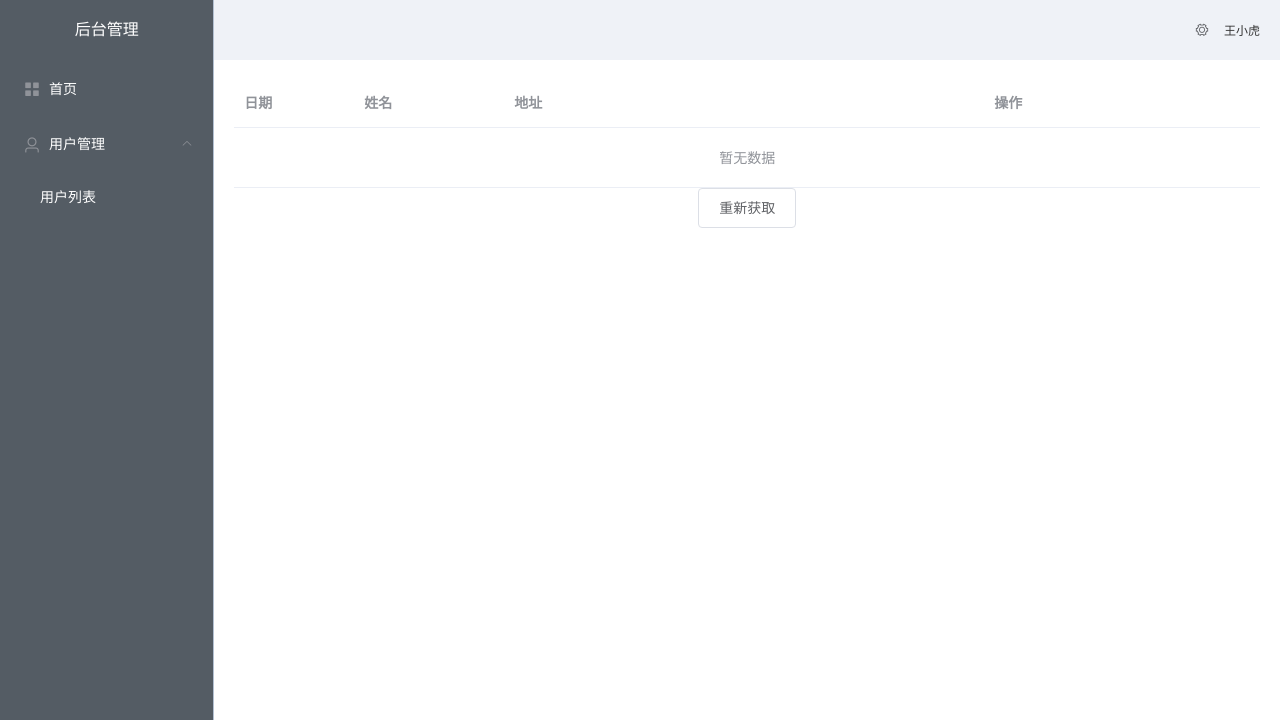
Repository: cmw520520/admin_vue
Page: /#/user/userlist
These files come from the project's save history. The page is drawn as it stood at one moment and after the next save; the edit follows.
The browser window is 1280 px wide. The pictures show the whole page.
The page's requests for data from a server got no answer. The project was rebuilt for these pictures with package versions that can differ from the ones it lists, and the page was loaded fresh each time. No one was signed in, and anything a server would have sent is missing. Also part of the build but not shown: src/page/home/Home.vue, example/Echart.vue.

Above is the page before, as saved 2019-07-03 09:41:36.

### index.html
<!DOCTYPE html>
<html>
  <head>
    <meta charset="utf-8">
    <meta name="viewport" content="width=device-width,initial-scale=1.0">
    <title>cmw</title>
  </head>
  <body>
    <div id="app"></div>
    <!-- built files will be auto injected -->
  </body>
</html>

### src/main.js
// The Vue build version to load with the `import` command
// (runtime-only or standalone) has been set in webpack.base.conf with an alias.
import Vue from 'vue'
import App from './App'
import router from './router'
import ElementUI from 'element-ui'
import 'element-ui/lib/theme-chalk/index.css'
import store from './store/index'
import axios from 'axios'

Vue.config.productionTip = false

axios.defaults.baseURL = '/api/'

Vue.use(ElementUI)

/* eslint-disable no-new */
new Vue({
  el: '#app',
  router,
  store,
  components: { App },
  template: '<App/>'
})

### src/App.vue
<template>
  <div id="app">
    <!-- <img src="./assets/logo.png"> -->
    <router-view/>
  </div>
</template>

<script>
export default {
  name: 'App'
}
</script>

<style>
#app {
  font-family: 'Avenir', Helvetica, Arial, sans-serif;
  -webkit-font-smoothing: antialiased;
  -moz-osx-font-smoothing: grayscale;
  text-align: center;
  color: #2c3e50;
  width: 100%;
  height: 100%;
  /* margin-top: 60px; */
}

body, html {
  margin: 0;
  padding: 0;
  height: 100%;
  width: 100%;
}
</style>

### src/router/index.js
import Vue from 'vue'
import Router from 'vue-router'
// import HelloWorld from '@/components/HelloWorld'
import Manage from '@/page/Manage'
import Home from '@/page/home/Home'
import UserList from '@/page/user/UserList'
import Echart from '../../example/Echart'

Vue.use(Router)

export default new Router({
  routes: [
    {
      path: '/',
      name: '',
      component: Manage,
      children: [
        {
          path: '',
          component: Home,
          meta: []
        },
        {
          path: '/user/userlist',
          component: UserList,
          meta: []
        },
        {
          path: '/example/echart',
          component: Echart,
          meta: ['图表']
        }
      ]
    }
  ]
})

### src/store/index.js
import Vue from 'vue'
import Vuex from 'vuex'
import user from './user/index'

Vue.use(Vuex)

const store = new Vuex.Store({
  modules: {
    user
  }
})

export default store

### src/page/Manage.vue
<template>
  <el-container style="height: 100%;">
    <el-col :span="4" style="background-color: rgb(84, 92, 100);overflow:hidden;">
      <el-col>
        <div class="logo">后台管理</div>
      </el-col>
      <el-col>
        <el-slider></el-slider>
      </el-col>
    </el-col>

    <el-col :span="20" style="border-left: 1px solid #b3c0d1;overflow: auto;overflow-scrolling: touch;">
      <el-header style="text-align: right; font-size: 12px">
        <el-dropdown>
          <i class="el-icon-setting" style="margin-right: 15px"></i>
          <el-dropdown-menu slot="dropdown">
            <el-dropdown-item>查看</el-dropdown-item>
            <el-dropdown-item>新增</el-dropdown-item>
            <el-dropdown-item>删除</el-dropdown-item>
          </el-dropdown-menu>
        </el-dropdown>
        <span>王小虎</span>
      </el-header>

      <el-main>
        <transition name="fade" mode="out-in">
            <router-view></router-view>
        </transition>
      </el-main>
    </el-col>
  </el-container>
</template>

<script>
import slider from '@/components/Slider'

export default {
  name: 'manage',
  components: {
    'el-slider': slider
  }
}
</script>

<style scope>
.el-header {
  background-color: #EFF2F7;
  color: #333;
  line-height: 60px;
}

.el-aside {
  color: #333;
}

.fade-enter-active, .fade-leave-active {
    transition: opacity 0.5s, transform 0.5s;
}

.fade-enter, .fade-leave-to {
    opacity: 0;
}

/* 导航logo S */
.logo {
    height: 60px;
    line-height: 60px;
    color: #fff;
}
/* 导航logo E */
</style>

### src/page/user/UserList.vue
<template>
    <el-row>
      <el-col>
        <el-table v-if="userList" :data="userList" style="width:100%;">
            <el-table-column prop="date" label="日期" width="120"></el-table-column>
            <el-table-column prop="name" label="姓名" width="150"></el-table-column>
            <el-table-column prop="address" label="地址" width=480></el-table-column>
            <el-table-column label="操作">
            <template slot-scope="scope">
              <el-button
                size="mini"
                @click="handleEdit(scope.$index, scope.row)"
              >编辑</el-button>
              <el-button
                size="mini"
                type="danger"
                @click="handleDelete(scope.$index, tableData)"
              >删除</el-button>
            </template>
          </el-table-column>
        </el-table>
      </el-col>

      <el-col>
        <el-button @click="getUserList">重新获取</el-button>
      </el-col>
    </el-row>

</template>

<script>
import {mapState} from 'vuex'
import {user} from '../../store/user/index'

export default {
  name: 'userlist',
  data () {
    return {
      i: ''
    }
  },
  computed: {
    ...mapState({
      userList: state => user.state.userList
    })
  },
  mounted () {
    this.getUserList()
  },
  methods: {
    getUserList () {
      this.$store.dispatch('GETUSERLIST')
    }
  }
}
</script>

<style scope>

</style>

### src/store/user/index.js
import * as types from './types'
import http from '../../utils/http'

export const user = {
  state: {
    userList: []
  },
  actions: {
    [types.GETUSERLIST] (context, params) {
      http.fetch('user/userlist', params).then(data => {
        context.commit(types.GETUSERLIST, data)
      })
    }
  },
  mutations: {
    [types.GETUSERLIST] (state, data) {
      state.userList = data.data
    }
  }
}

export default user

### src/components/Slider.vue
<template>
  <el-menu :default-openeds="['1', '3']"
    background-color="rgb(84, 92, 100)"
    text-color="#fff"
    active-text-color="#fff"
    style="border:none;text-align:left;"
    router>
    <label v-for="(item, index) in navMenu" :key="index">
      <el-menu-item v-if="item.isHeader" :index="item.component">
        <i :class=item.icon></i>
        <span slot="title">{{ item.name }}</span>
      </el-menu-item>

      <el-submenu v-else :index="String(index)">
        <template slot="title">
          <i :class=item.icon></i>{{ item.name }}
        </template>
        <el-menu-item v-for="(item2, index2) in item.children" :key="index2" :index="item2.component">{{ item2.name }}</el-menu-item>
      </el-submenu>
    </label>
  </el-menu>
</template>

<script>
export default {
  name: 'slider',
  data () {
    return {
      navMenu: [
        {
          isHeader: true,
          name: '首页',
          icon: 'el-icon-menu',
          component: '/'
        },
        {
          name: '用户管理',
          icon: 'el-icon-user',
          children: [
            {
              name: '用户列表',
              component: '/user/userlist'
            }
          ]
        }
      ]
    }
  }
}
</script>

<style>
</style>

### src/store/user/types.js
export const GETUSERLIST = 'GETUSERLIST'

### src/utils/http.js
import axios from 'axios'
import qs from 'qs'
import Vue from 'vue'

const vue = new Vue()
// axios.defaults.headers.post['Content-Type'] = 'application/x-www-form-urlencoded; chartset=UTF-8'

export default {
  fetch (path, params) {
    if (!(params instanceof FormData)) {
      params = qs.stringify(params)
    }
    return axios.post(path, params).then(function (rep) {
      let data = rep.data
      if (data.code && data.code !== 1) {
        vue.$message({
          showClose: true,
          message: data.message,
          type: 'error'
        })
        return Promise.reject(data)
      }
      return data
    })
  }
}

After the next save:
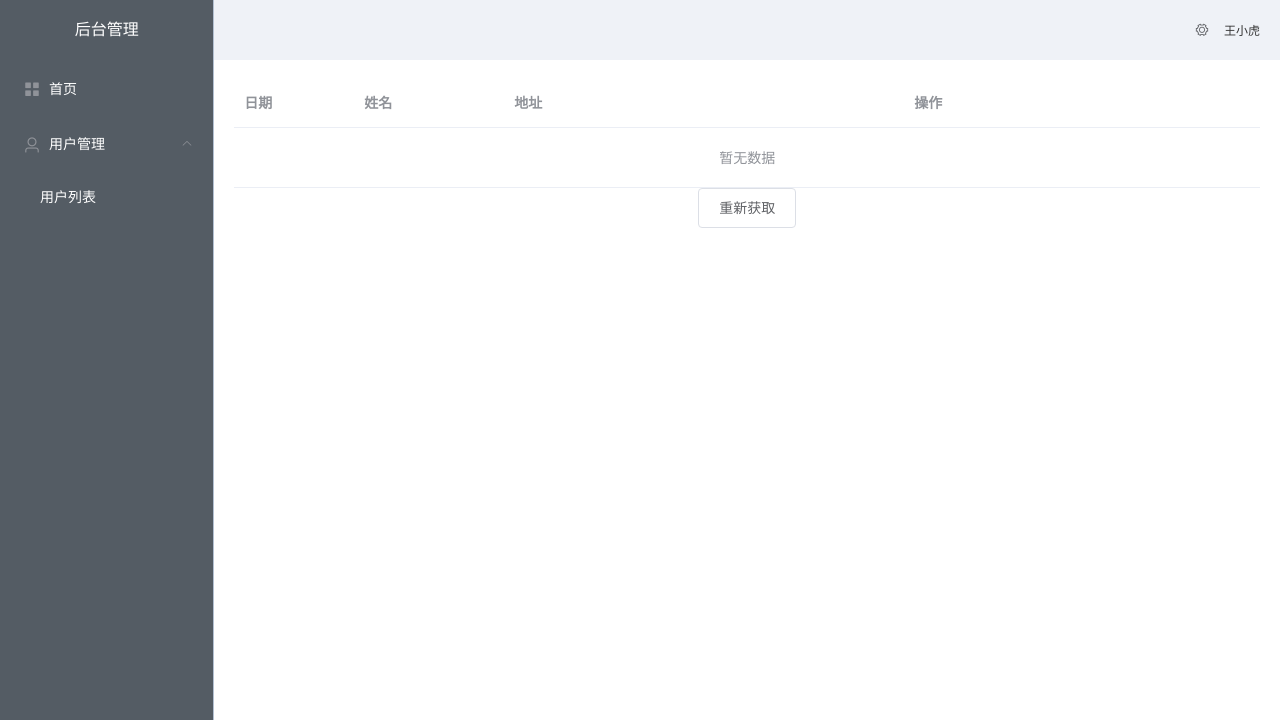
Saved 4 s later.
--- a/src/page/user/UserList.vue
+++ b/src/page/user/UserList.vue
@@ -4,7 +4,7 @@
         <el-table v-if="userList" :data="userList" style="width:100%;">
             <el-table-column prop="date" label="日期" width="120"></el-table-column>
             <el-table-column prop="name" label="姓名" width="150"></el-table-column>
-            <el-table-column prop="address" label="地址" width=480></el-table-column>
+            <el-table-column prop="address" label="地址" width=400></el-table-column>
             <el-table-column label="操作">
             <template slot-scope="scope">
               <el-button
